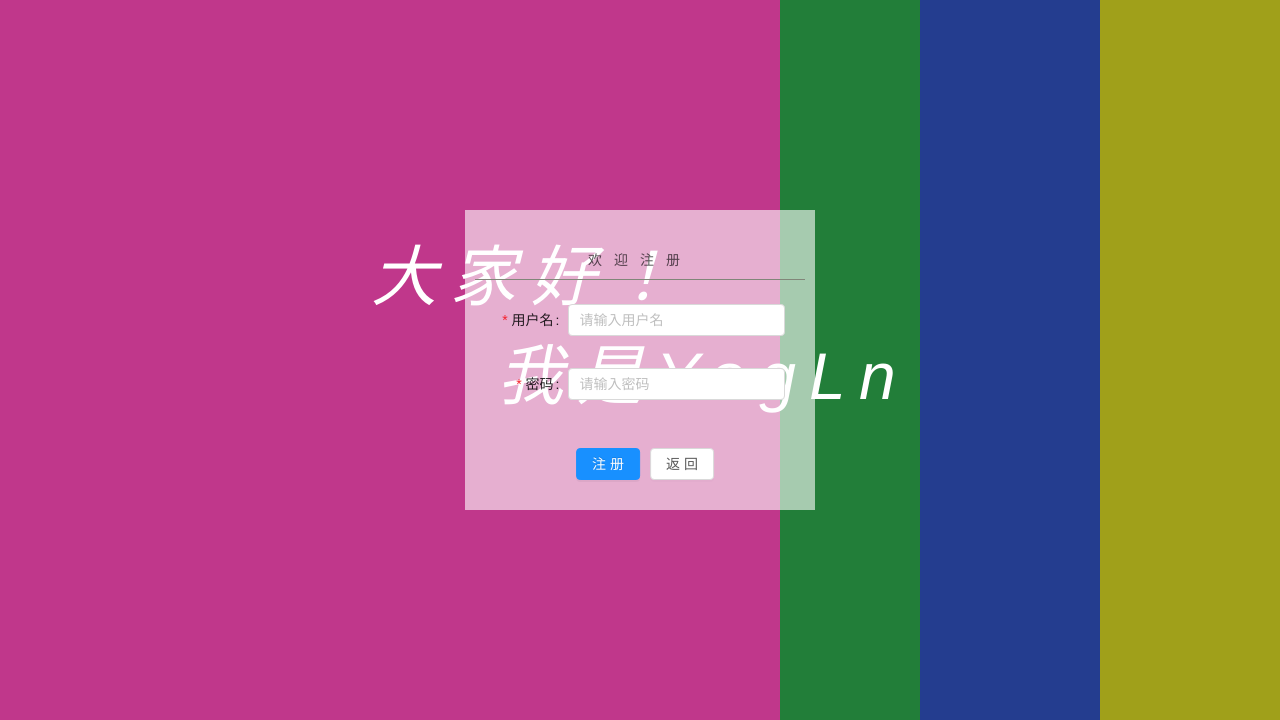
Repository: YogLn/theory-fre
Page: /register
The author's editor kept a copy of each file at every save. The page is drawn from the files as they stood at one save, then again after the next save.
The browser window is 1280 px wide. The pictures show the whole page.
The project was rebuilt for these pictures with package versions that can differ from the ones it lists, and the page was loaded fresh each time.

Above is the page before, as saved 2021-07-22 17:41:19.

### src/App.vue
<template>
  <div id="app">
    <router-view />
  </div>
</template>

<style lang="less">
html,
body,
#app {
  height: 100vh;
  font-family: 'Helvetica Neue', Helvetica, 'PingFang SC', 'Hiragino Sans GB',
    'Microsoft YaHei', '微软雅黑', Arial, sans-serif;
  background-attachment: fixed;
  background-size: 100% 100%;
}
</style>

### src/router/index.js
import Vue from 'vue'
import VueRouter from 'vue-router'

const Login = () => import('../pages/login/Login.vue')
const Home = () => import('../pages/home/Home.vue')
const Register = () => import('../pages/login/Register.vue')
const Moment = () => import('../pages/moment/Moment.vue')
const Publish = () => import('../pages/moment/Publish.vue')
const Comment = () => import('../components/comment/Comment.vue')

Vue.use(VueRouter)

const routes = [
  {
    path: '',
    redirect: '/login'
  },
  {
    path: '/login',
    component: Login
  },
  {
    path: '/register',
    component: Register
  },
  {
    path: '/home',
    component: Home,
    redirect: '/moment',
    children: [
      {
        path: '/moment',
        component: Moment
      },
      {
        path: '/upload',
        component: Publish
      },
      {
        path: '/moment/:momentId',
        component: Comment
      }
    ]
  }
]

const router = new VueRouter({
  mode: 'history',
  base: process.env.BASE_URL,
  routes
})

// 挂载路由导航守卫
router.beforeEach((to, from, next) => {
  if (to.path == '/login' || to.path == '/register') return next()
  // 获取 token
  const tokenStr = window.sessionStorage.getItem('token')
  if (!tokenStr) return next('/login')
  next()
})

export default router

### src/network/request.js
import axiox from 'axios'
import { BASE_URL, TIMEOUT } from './config'
const instance = axiox.create({
  baseURL: BASE_URL,//baseURL会在发送请求的时候拼接在url参数的前面
  timeout: TIMEOUT
})

instance.interceptors.request.use(function (config) {
  config.headers.Authorization = window.sessionStorage.getItem('token')
  return config;
}, function (error) {
  // 对请求错误做些什么
  return Promise.reject(error);
});

// 添加响应拦截器
//此处可以根据服务器的返回状态码做响应的处理
//404 404 500
instance.interceptors.response.use(function (response) {
  // 对响应数据做点什么

  return response;
}, function (error) {
  // 对响应错误做点什么
  return Promise.reject(error);
});

export function get (url, params) {
  return instance.get(url, {
    params
  })
}

export function post (url, data) {
  return instance.post(url, data)
}

export function del (url) {
  return instance.delete(url)
}

export function put (url, data) {
  return instance.put(url, data)
}

### src/pages/login/Register.vue
<template>
  <div class="container">
    <show />
    <div class="login-box">
      <div class="login-header">
        <span>欢迎注册</span>
      </div>
      <div class="login-form">
        <a-form-model ref="registerFormRef"
                      :model="registerForm"
                      v-bind="layout"
                      :rules="loginFormRules">
          <a-form-model-item label="用户名"
                             prop="name">
            <a-input v-model="registerForm.name"
                     type="text"
                     autocomplete="off"
                     placeholder="请输入用户名" />
          </a-form-model-item>
          <a-form-model-item label="密码"
                             prop="password">
            <a-input v-model="registerForm.password"
                     type="password"
                     autocomplete="off"
                     placeholder="请输入密码" />
          </a-form-model-item>
        </a-form-model>
      </div>
      <div class="login-btn">
        <a-button type="primary"
                  class="btn-login"
                  @click="register">注册</a-button>
        <a-button @click="back">返回</a-button>
      </div>
    </div>
  </div>
</template>

<script>
import { Mixin } from '../../mixin'
import Show from './Show.vue'
export default {
  components: { Show },
  mixins: [Mixin],
  created() { },
  data() {
    return {
      registerForm: {
        name: '',
        password: '',
      }
    }
  },
  methods: {
    register() {
      this.$refs.registerFormRef.validate(async valid => {
        if (!valid) return this.$message.warning('请正确填写注册信息')
        const res = await this.$http.post('/users', this.registerForm)
        if (res.status !== 200) return this.$message.error('注册失败')
        this.$message.success('注册成功')
        window.sessionStorage.setItem('token', res.data.token)
        window.sessionStorage.setItem('id', res.data.id)
        this.$router.push('/home')
      })
    },
    back() {
      this.$router.push('/login')
    },
  },
}
</script>

<style lang="less" scoped>
.container {
  height: 100vh;
  .login-box {
    display: relative;
    padding: 40px 10px;
    width: 350px;
    height: 300px;
    background: rgba(255, 255, 255, 0.6);
    position: fixed;
    left: 50%;
    top: 50%;
    transform: translate(-50%, -50%);
    .login-header {
      margin-top: -10px;
      display: flex;
      justify-content: center;
      height: 40px;
      line-height: 40px;
      border-bottom: 1.6px solid #818679;
      span {
        text-align: center;
        letter-spacing: 12px;
      }
    }
    .login-form {
      padding: 20px;
    }
    .login-btn {
      position: absolute;
      left: 50%;
      transform: translateX(-50%);
      .btn-login {
        margin: 0 10px;
      }
    }
  }
}
</style>

### src/network/config.js
const devBaseURL = "http://121.4.100.103:5000";
const proBaseURL = "http://121.4.100.103:5000";
export const BASE_URL = process.env.NODE_ENV === 'development' ? devBaseURL: proBaseURL;

export const TIMEOUT = 5000;

### src/mixin.js
export const Mixin = {
  data() {
    return {
      loginFormRules:  {
        name: [{ required: true, message: '请输入用户名', trigger: 'blur' }],
        password: [{ required: true, message: '请输入密码', trigger: 'blur' }]
      },

      layout: {
        labelCol: { span: 6 },
        wrapperCol: { span: 18 },
      },
    }
  },
}

### src/pages/login/Show.vue
<template>
  <div class="container">
    <div class="item yellow">
      <p>大家好！<br />&nbsp;&nbsp;&nbsp;&nbsp;我是YogLn</p>
    </div>
    <div class="item blue">
      <p>大家好！<br />&nbsp;&nbsp;&nbsp;&nbsp;我是YogLn</p>
    </div>
    <div class="item green">
      <p>大家好！<br />&nbsp;&nbsp;&nbsp;&nbsp;我是YogLn</p>
    </div>
    <div class="item pink">
      <p>大家好！<br />&nbsp;&nbsp;&nbsp;&nbsp;我是YogLn</p>
    </div>
  </div>
</template>

<script>
export default {

}
</script>

<style scoped>
.container {
  height: 100vh;
  position: relative;
}

.item {
  position: absolute;
  width: 100%;
  height: 100%;
  top: 0;
  left: 0;
  display: flex;
  justify-content: center;
  align-items: center;
  font-size: 66px;
  font-style: italic;
  transform: translate(-100%);
}

.item p {
  letter-spacing: 0.2em;
  color: #fff;
  transform: translateX(-190%);
}

.yellow {
  background-color: rgb(160, 160, 26);
  animation: bg 0.3s linear forwards;
}
.yellow p {
  animation: text 3s 0.3s cubic-bezier(0, 0.49, 0, 1) forwards;
}

.blue {
  background-color: rgb(36, 61, 143);
  clip: rect(0, 1100px, 100vh, 0);
  animation: bg 2.4s 0.6s cubic-bezier(0, 0.49, 0, 1) forwards;
}
.blue p {
  animation: text 2.4s 0.6s cubic-bezier(0, 0.49, 0, 1) forwards;
}

.green {
  background-color: rgb(34, 126, 57);
  clip: rect(0, 920px, 100vh, 0);
  animation: bg 2.1s 0.9s cubic-bezier(0, 0.49, 0, 1) forwards;
}
.green p {
  animation: text 2.1s 0.9s cubic-bezier(0, 0.49, 0, 1) forwards;
}

.pink {
  background-color: rgb(192, 55, 139);
  clip: rect(0, 780px, 100vh, 0);
  animation: bg 1.8s 1.2s cubic-bezier(0, 0.49, 0, 1) forwards;
}
.pink p {
  animation: text 1.8s 1.2s cubic-bezier(0, 0.49, 0, 1) forwards;
}

@keyframes bg {
  from {
    transform: translate(-100%);
  }
  to {
    transform: translateX(0);
  }
}

@keyframes text {
  from {
    transform: translate(-190%);
  }
  to {
    transform: translateX(0);
  }
}
</style>

Loaded but not shown: public/index.html (common file); src/main.js (common file); src/store/index.js (common file); src/assets/css/reset.css (common file)

After the next save:
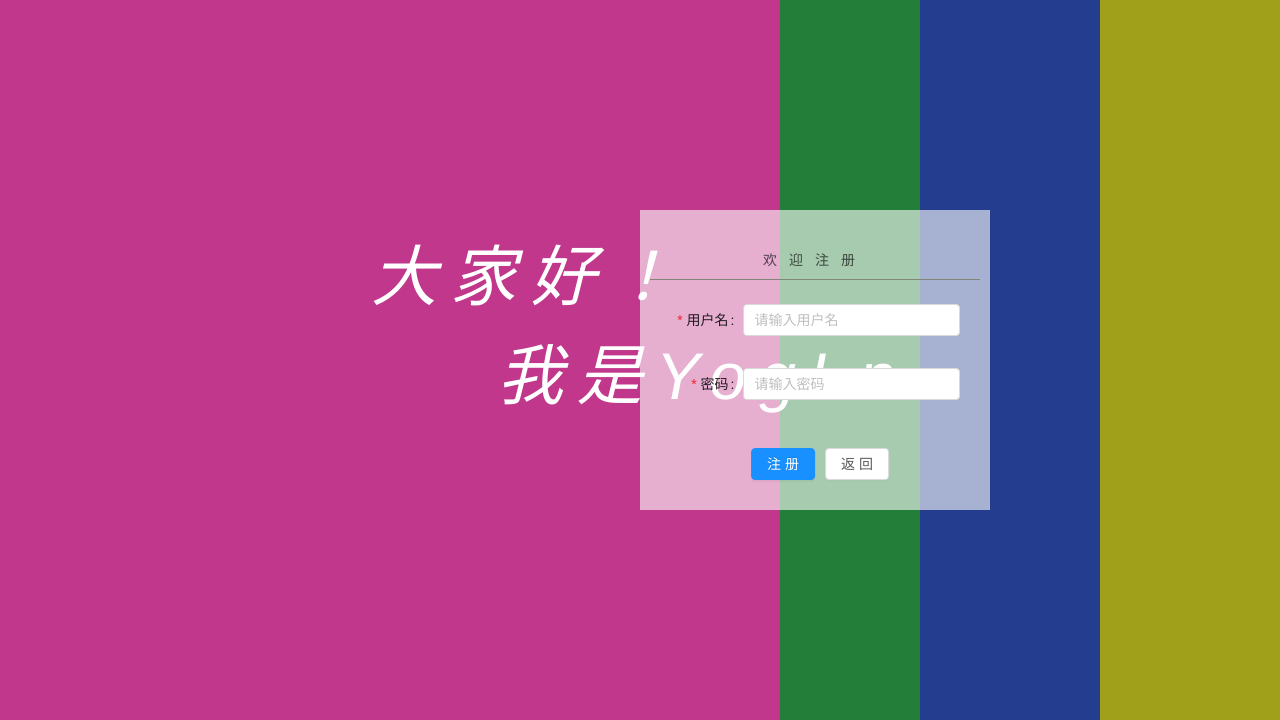
Saved 15 s later.
--- a/src/pages/login/Register.vue
+++ b/src/pages/login/Register.vue
@@ -82,7 +82,7 @@ export default {
     position: fixed;
     left: 50%;
     top: 50%;
-    transform: translate(-50%, -50%);
+    transform: translateY(-50%);
     .login-header {
       margin-top: -10px;
       display: flex;
